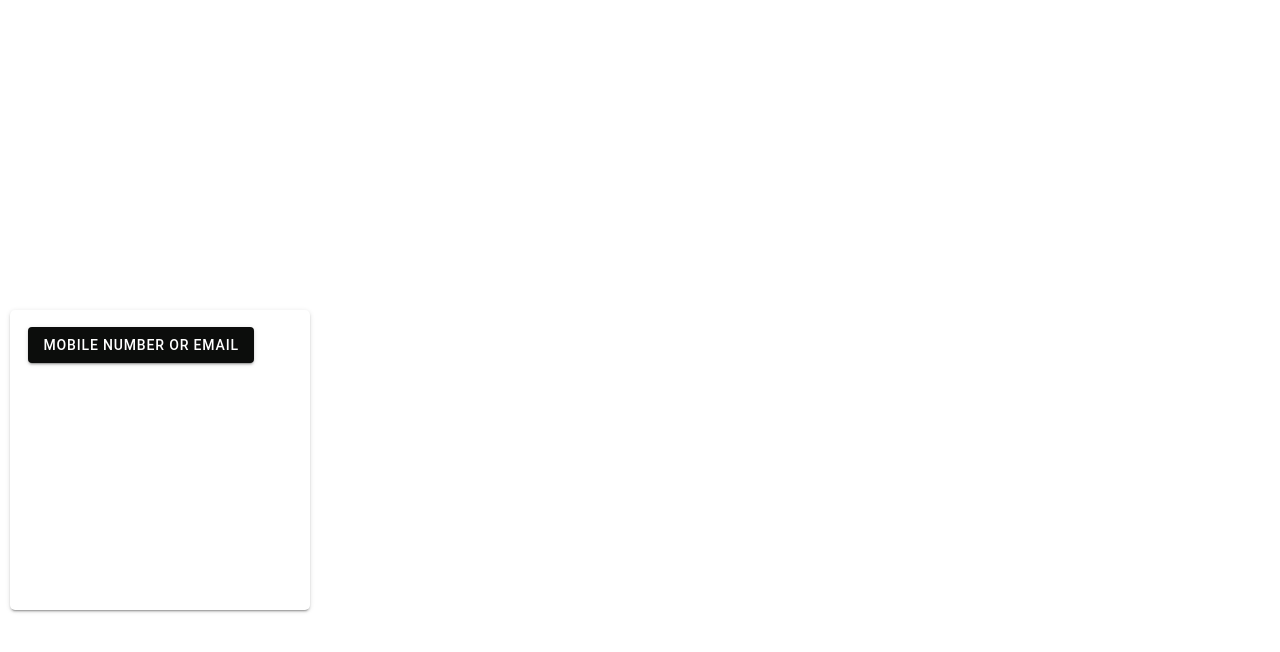
Repository: SrinivasSriniva/shoe-store
Page: /
The author's editor kept a copy of each file at every save. The page is drawn from the files as they stood at one save, then again after the next save.
The browser window is 1280 px wide. The pictures show the whole page.
The project was rebuilt for these pictures with package versions that can differ from the ones it lists, and the page was loaded fresh each time.

Above is the page before, as saved 2022-06-30 20:32:46.

### src/pages/Home.tsx
import { IonButton, IonCard, IonCardContent, IonContent, IonHeader, IonPage, IonTitle, IonToolbar } from '@ionic/react';
import ExploreContainer from '../components/ExploreContainer';
import './Home.css';

const Home: React.FC = () => {
  return (
    <IonPage>
      <IonContent>
        <IonCard className='main-card'>
          <IonCardContent>
            <IonButton className='.mob-num-email-btn' color="black"> Mobile Number or Email</IonButton>
          </IonCardContent>
        </IonCard>
      </IonContent>
    </IonPage>
  );
};

export default Home;

### src/theme/variables.css
/* Ionic Variables and Theming. For more info, please see:
http://ionicframework.com/docs/theming/ */

/** Ionic CSS Variables **/
:root {
  /** primary **/
  --ion-color-primary: #3880ff;
  --ion-color-primary-rgb: 56, 128, 255;
  --ion-color-primary-contrast: #ffffff;
  --ion-color-primary-contrast-rgb: 255, 255, 255;
  --ion-color-primary-shade: #3171e0;
  --ion-color-primary-tint: #4c8dff;

  /** secondary **/
  --ion-color-secondary: #3dc2ff;
  --ion-color-secondary-rgb: 61, 194, 255;
  --ion-color-secondary-contrast: #ffffff;
  --ion-color-secondary-contrast-rgb: 255, 255, 255;
  --ion-color-secondary-shade: #36abe0;
  --ion-color-secondary-tint: #50c8ff;

  /** tertiary **/
  --ion-color-tertiary: #5260ff;
  --ion-color-tertiary-rgb: 82, 96, 255;
  --ion-color-tertiary-contrast: #ffffff;
  --ion-color-tertiary-contrast-rgb: 255, 255, 255;
  --ion-color-tertiary-shade: #4854e0;
  --ion-color-tertiary-tint: #6370ff;

  /** success **/
  --ion-color-success: #2dd36f;
  --ion-color-success-rgb: 45, 211, 111;
  --ion-color-success-contrast: #ffffff;
  --ion-color-success-contrast-rgb: 255, 255, 255;
  --ion-color-success-shade: #28ba62;
  --ion-color-success-tint: #42d77d;

  /** warning **/
  --ion-color-warning: #ffc409;
  --ion-color-warning-rgb: 255, 196, 9;
  --ion-color-warning-contrast: #000000;
  --ion-color-warning-contrast-rgb: 0, 0, 0;
  --ion-color-warning-shade: #e0ac08;
  --ion-color-warning-tint: #ffca22;

  /** danger **/
  --ion-color-danger: #eb445a;
  --ion-color-danger-rgb: 235, 68, 90;
  --ion-color-danger-contrast: #ffffff;
  --ion-color-danger-contrast-rgb: 255, 255, 255;
  --ion-color-danger-shade: #cf3c4f;
  --ion-color-danger-tint: #ed576b;

  /** dark **/
  --ion-color-dark: #222428;
  --ion-color-dark-rgb: 34, 36, 40;
  --ion-color-dark-contrast: #ffffff;
  --ion-color-dark-contrast-rgb: 255, 255, 255;
  --ion-color-dark-shade: #1e2023;
  --ion-color-dark-tint: #383a3e;

  /** medium **/
  --ion-color-medium: #92949c;
  --ion-color-medium-rgb: 146, 148, 156;
  --ion-color-medium-contrast: #ffffff;
  --ion-color-medium-contrast-rgb: 255, 255, 255;
  --ion-color-medium-shade: #808289;
  --ion-color-medium-tint: #9d9fa6;

  /** light **/
  --ion-color-light: #f4f5f8;
  --ion-color-light-rgb: 244, 245, 248;
  --ion-color-light-contrast: #000000;
  --ion-color-light-contrast-rgb: 0, 0, 0;
  --ion-color-light-shade: #d7d8da;
  --ion-color-light-tint: #f5f6f9;
}

@media (prefers-color-scheme: dark) {
  /*
   * Dark Colors
   * -------------------------------------------
   */

  body {
    --ion-color-primary: #428cff;
    --ion-color-primary-rgb: 66,140,255;
    --ion-color-primary-contrast: #ffffff;
    --ion-color-primary-contrast-rgb: 255,255,255;
    --ion-color-primary-shade: #3a7be0;
    --ion-color-primary-tint: #5598ff;

    --ion-color-secondary: #50c8ff;
    --ion-color-secondary-rgb: 80,200,255;
    --ion-color-secondary-contrast: #ffffff;
    --ion-color-secondary-contrast-rgb: 255,255,255;
    --ion-color-secondary-shade: #46b0e0;
    --ion-color-secondary-tint: #62ceff;

    --ion-color-tertiary: #6a64ff;
    --ion-color-tertiary-rgb: 106,100,255;
    --ion-color-tertiary-contrast: #ffffff;
    --ion-color-tertiary-contrast-rgb: 255,255,255;
    --ion-color-tertiary-shade: #5d58e0;
    --ion-color-tertiary-tint: #7974ff;

    --ion-color-success: #2fdf75;
    --ion-color-success-rgb: 47,223,117;
    --ion-color-success-contrast: #000000;
    --ion-color-success-contrast-rgb: 0,0,0;
    --ion-color-success-shade: #29c467;
    --ion-color-success-tint: #44e283;

    --ion-color-warning: #ffd534;
    --ion-color-warning-rgb: 255,213,52;
    --ion-color-warning-contrast: #000000;
    --ion-color-warning-contrast-rgb: 0,0,0;
    --ion-color-warning-shade: #e0bb2e;
    --ion-color-warning-tint: #ffd948;

    --ion-color-danger: #ff4961;
    --ion-color-danger-rgb: 255,73,97;
    --ion-color-danger-contrast: #ffffff;
    --ion-color-danger-contrast-rgb: 255,255,255;
    --ion-color-danger-shade: #e04055;
    --ion-color-danger-tint: #ff5b71;

    --ion-color-dark: #f4f5f8;
    --ion-color-dark-rgb: 244,245,248;
    --ion-color-dark-contrast: #000000;
    --ion-color-dark-contrast-rgb: 0,0,0;
    --ion-color-dark-shade: #d7d8da;
    --ion-color-dark-tint: #f5f6f9;

    --ion-color-medium: #989aa2;
    --ion-color-medium-rgb: 152,154,162;
    --ion-color-medium-contrast: #000000;
    --ion-color-medium-contrast-rgb: 0,0,0;
    --ion-color-medium-shade: #86888f;
    --ion-color-medium-tint: #a2a4ab;

    --ion-color-light: #222428;
    --ion-color-light-rgb: 34,36,40;
    --ion-color-light-contrast: #ffffff;
    --ion-color-light-contrast-rgb: 255,255,255;
    --ion-color-light-shade: #1e2023;
    --ion-color-light-tint: #383a3e;
  }

  /*
   * iOS Dark Theme
   * -------------------------------------------
   */

  .ios body {
    --ion-background-color: #000000;
    --ion-background-color-rgb: 0,0,0;

    --ion-text-color: #ffffff;
    --ion-text-color-rgb: 255,255,255;

    --ion-color-step-50: #0d0d0d;
    --ion-color-step-100: #1a1a1a;
    --ion-color-step-150: #262626;
    --ion-color-step-200: #333333;
    --ion-color-step-250: #404040;
    --ion-color-step-300: #4d4d4d;
    --ion-color-step-350: #595959;
    --ion-color-step-400: #666666;
    --ion-color-step-450: #737373;
    --ion-color-step-500: #808080;
    --ion-color-step-550: #8c8c8c;
    --ion-color-step-600: #999999;
    --ion-color-step-650: #a6a6a6;
    --ion-color-step-700: #b3b3b3;
    --ion-color-step-750: #bfbfbf;
    --ion-color-step-800: #cccccc;
    --ion-color-step-850: #d9d9d9;
    --ion-color-step-900: #e6e6e6;
    --ion-color-step-950: #f2f2f2;

    --ion-item-background: #000000;

    --ion-card-background: #1c1c1d;
  }

  .ios ion-modal {
    --ion-background-color: var(--ion-color-step-100);
    --ion-toolbar-background: var(--ion-color-step-150);
    --ion-toolbar-border-color: var(--ion-color-step-250);
  }


  /*
   * Material Design Dark Theme
   * -------------------------------------------
   */

  .md body {
    --ion-background-color: #121212;
    --ion-background-color-rgb: 18,18,18;

    --ion-text-color: #ffffff;
    --ion-text-color-rgb: 255,255,255;

    --ion-border-color: #222222;

    --ion-color-step-50: #1e1e1e;
    --ion-color-step-100: #2a2a2a;
    --ion-color-step-150: #363636;
    --ion-color-step-200: #414141;
    --ion-color-step-250: #4d4d4d;
    --ion-color-step-300: #595959;
    --ion-color-step-350: #656565;
    --ion-color-step-400: #717171;
    --ion-color-step-450: #7d7d7d;
    --ion-color-step-500: #898989;
    --ion-color-step-550: #949494;
    --ion-color-step-600: #a0a0a0;
    --ion-color-step-650: #acacac;
    --ion-color-step-700: #b8b8b8;
    --ion-color-step-750: #c4c4c4;
    --ion-color-step-800: #d0d0d0;
    --ion-color-step-850: #dbdbdb;
    --ion-color-step-900: #e7e7e7;
    --ion-color-step-950: #f3f3f3;

    --ion-item-background: #1e1e1e;

    --ion-toolbar-background: #1f1f1f;

    --ion-tab-bar-background: #1f1f1f;

    --ion-card-background: #1e1e1e;
  }
}
:root {
	--ion-color-black: #0c0d0c;
	--ion-color-black-rgb: 12,13,12;
	--ion-color-black-contrast: #ffffff;
	--ion-color-black-contrast-rgb: 255,255,255;
	--ion-color-black-shade: #0b0b0b;
	--ion-color-black-tint: #242524;
}

.ion-color-black {
	--ion-color-base: var(--ion-color-black);
	--ion-color-base-rgb: var(--ion-color-black-rgb);
	--ion-color-contrast: var(--ion-color-black-contrast);
	--ion-color-contrast-rgb: var(--ion-color-black-contrast-rgb);
	--ion-color-shade: var(--ion-color-black-shade);
	--ion-color-tint: var(--ion-color-black-tint);
}

### src/pages/Home.css
.main-card{
    top: 300px;
    width: 300px;
    height: 300px;
    border-radius: 5px;
}
.mob-num-email-btn{
    margin-bottom: 2rem;
    width: 30px;
    height: 30px;
    border-radius: 5px;
}

Loaded but not shown: public/index.html (common file); src/index.tsx (common file); src/App.tsx (common file); src/serviceWorkerRegistration.ts (common file); src/reportWebVitals.ts (common file)

After the next save:
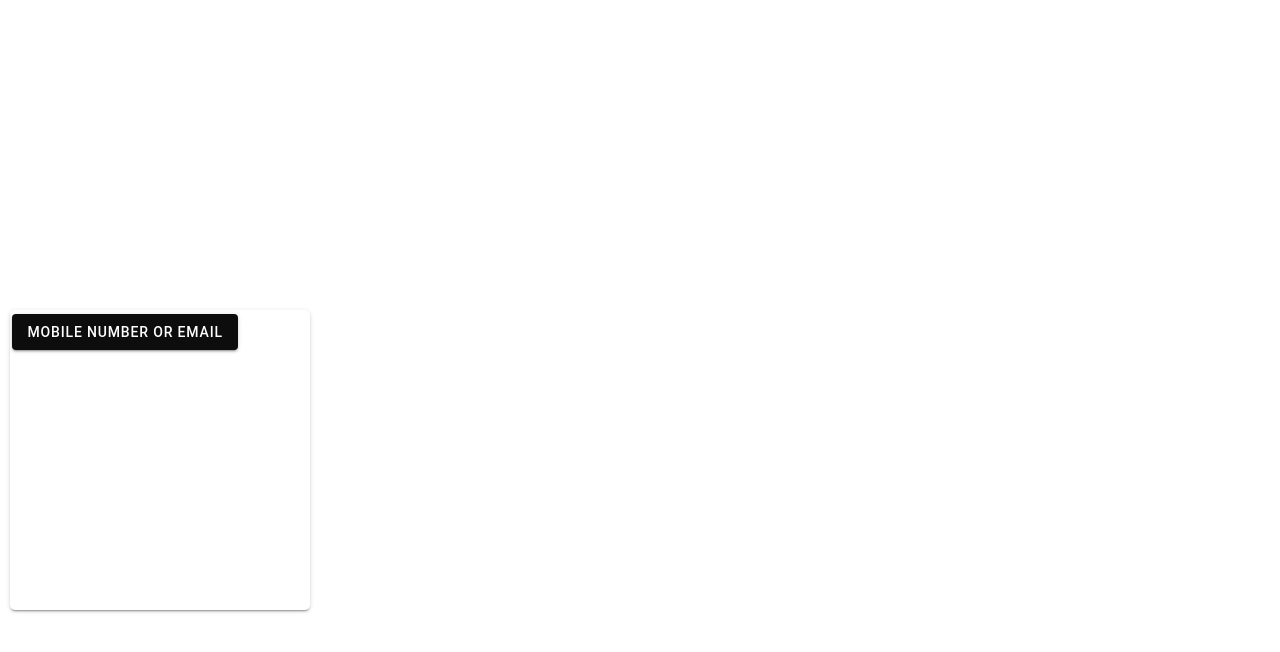
Saved 32 s later.
--- a/src/pages/Home.tsx
+++ b/src/pages/Home.tsx
@@ -7,9 +7,7 @@
     <IonPage>
       <IonContent>
         <IonCard className='main-card'>
-          <IonCardContent>
             <IonButton className='.mob-num-email-btn' color="black"> Mobile Number or Email</IonButton>
-          </IonCardContent>
         </IonCard>
       </IonContent>
     </IonPage>
